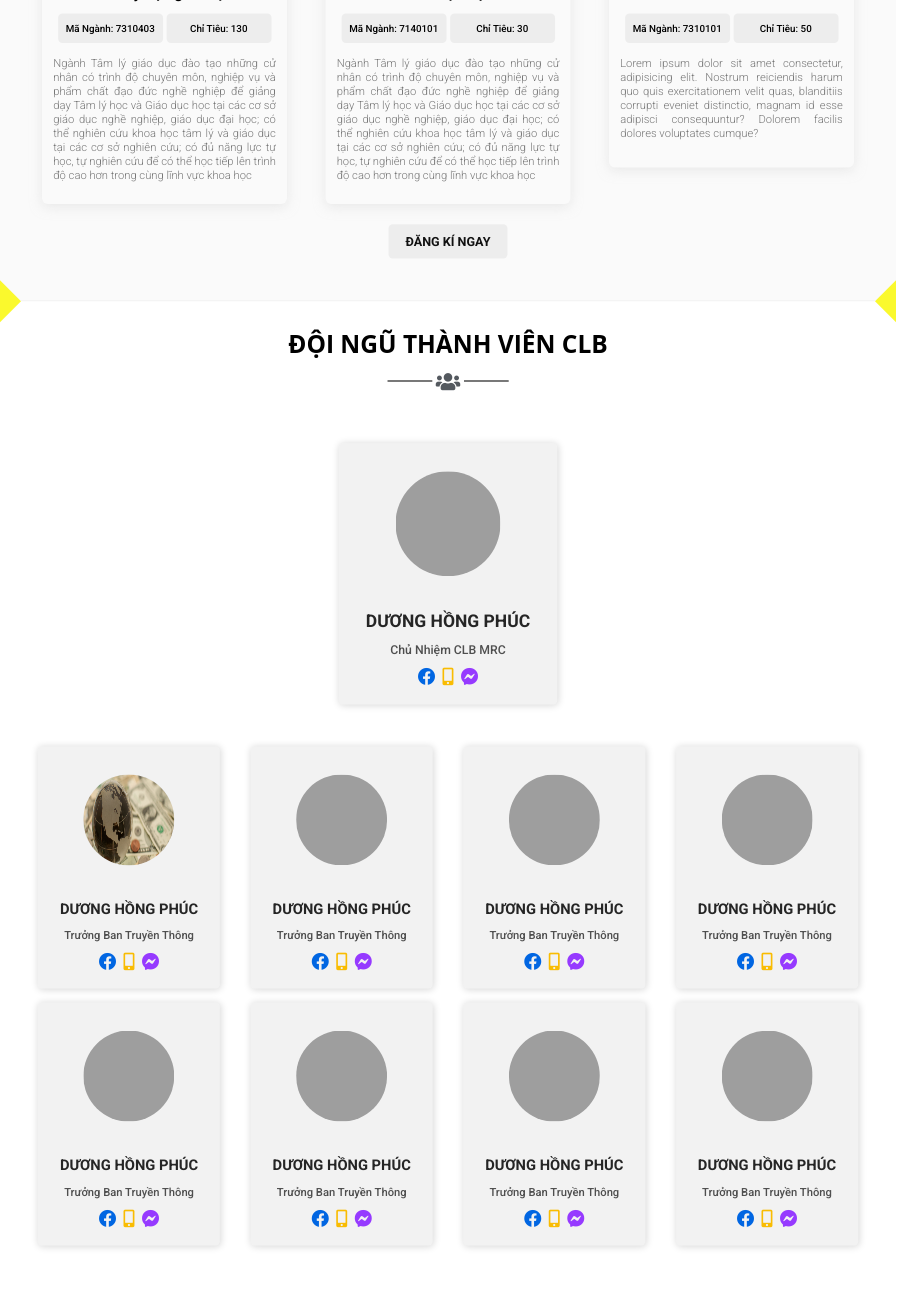
Repository: hongphuck1/trangweb1
Page: index.html
These files come from the project's save history. The page is drawn as it stood at one moment and after the next save; the edit follows.
The browser window is 1280 px wide. The page is 1288 px wide, so the pictures cover 1288 px, including what lies to the right of the window. The pictures show the part of the page from y = 3525 to 5405 px (the page is 5405 px tall), at 70% of full size.
Pictures or frames that could not be fetched are drawn as grey boxes.

Above is the page before, as saved 2021-09-07 22:04:05.

After the next save:
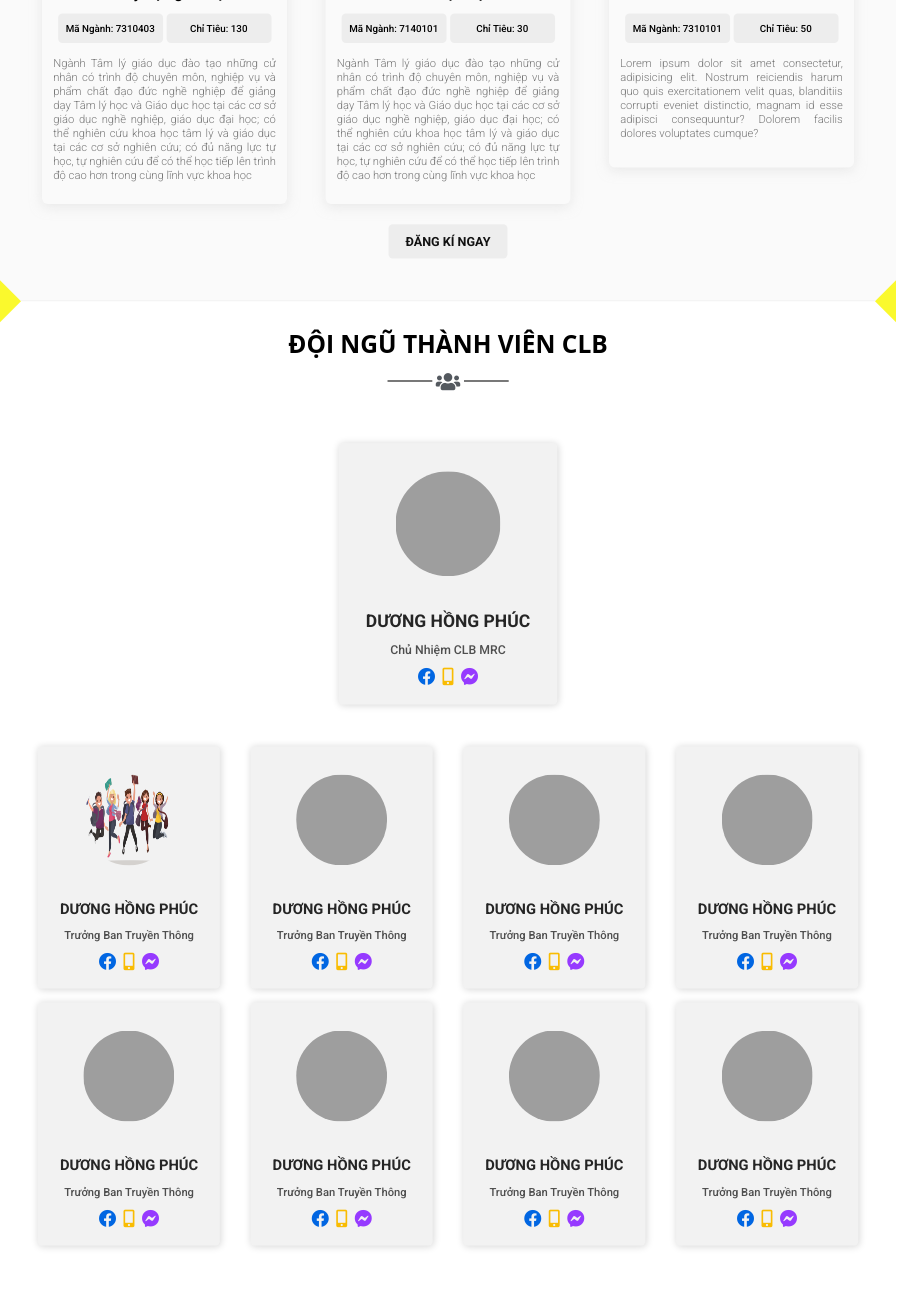
Saved 5 s later.
--- a/index.html
+++ b/index.html
@@ -417,7 +417,7 @@
 
             <div class="col l-3">
               <div class="container-body-subjects-member__box1">
-                <img src="img/kinhte.png" alt="">
+                <img src="img/klipartz.com_-1024x586.png" alt="">
                 <h1>DƯƠNG HỒNG PHÚC</h1>
                 <h3>Trưởng Ban Truyền Thông</h3>
                 <div class="container-body-subjects-member__box__icon1">
